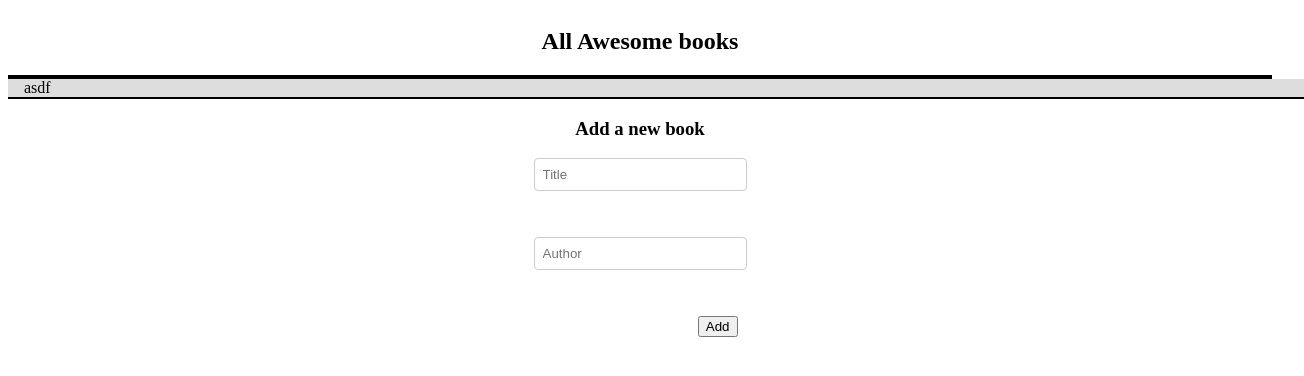
Repository: Salimer/Awesome-books
Page: index.html
An editor plug-in stored every save of this project. The page is shown before and after the next save, followed by the edit.
The browser window is 1280 px wide. The page is 1304 px wide, so the pictures cover 1304 px, including what lies to the right of the window. The pictures show the whole page.
The style sheet was rebuilt from its Sass, Less or Tailwind sources for each picture, by a compiler version that may differ from the author's.

Above is the page before, as saved 2023-04-25 12:08:31.

After the next save:
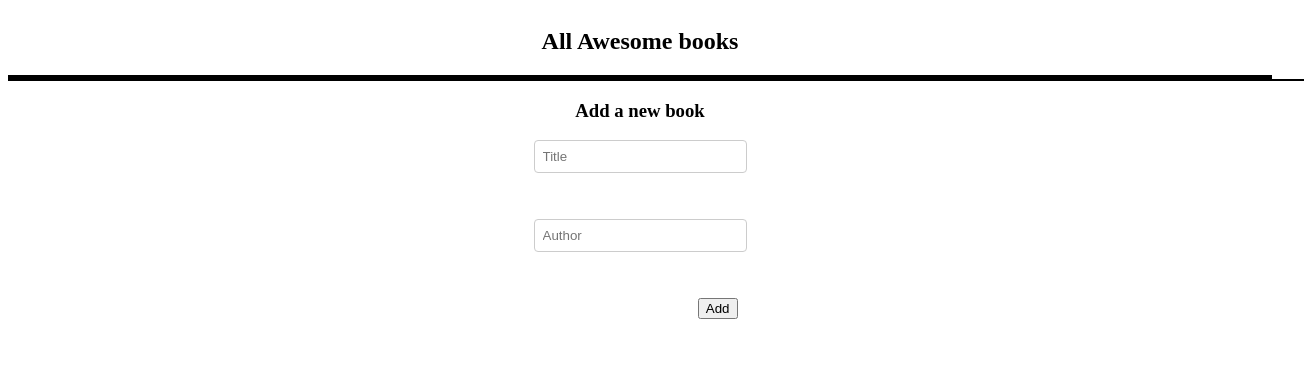
Saved 22 s later.
--- a/index.html
+++ b/index.html
@@ -14,7 +14,7 @@
             <article class="books">
 
             </article>
-            <div class="underline">asdf</div>
+            <div class="underline"></div>
         </section>
             <form id="form">
                 <article class="new-book">
